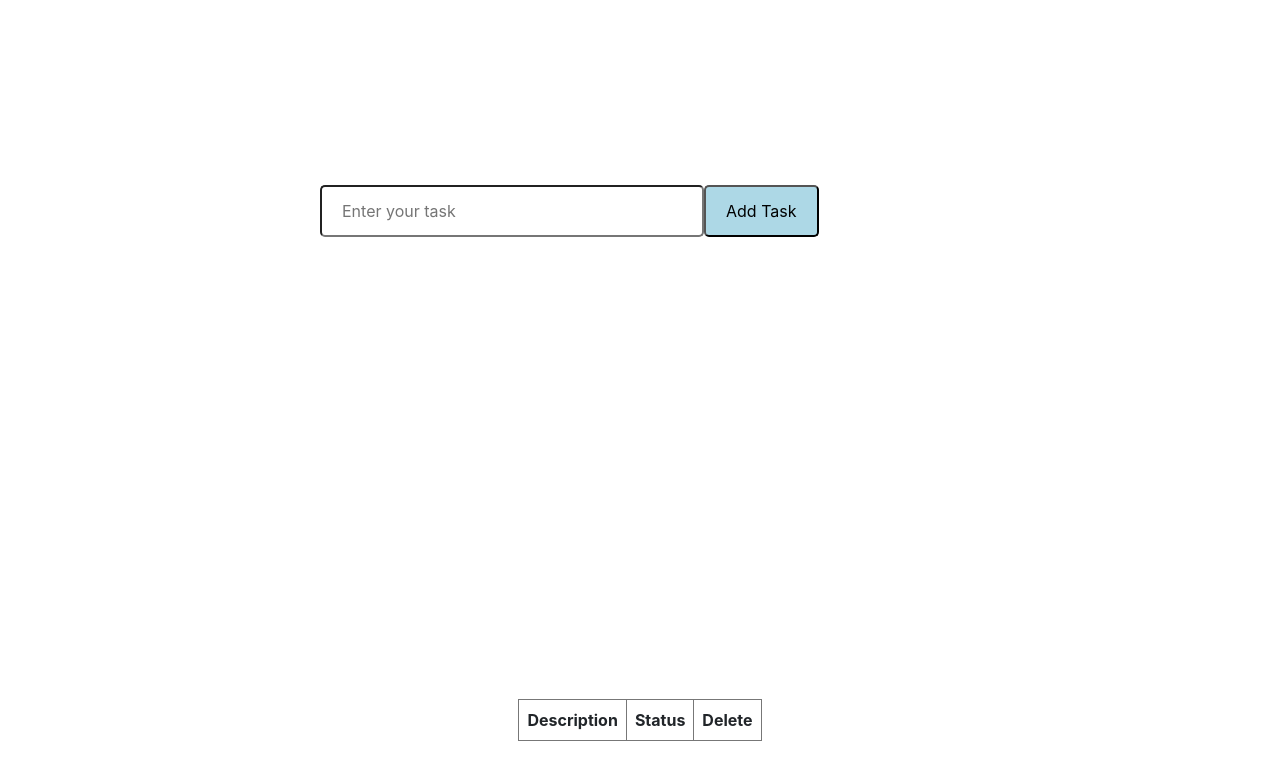
Repository: 12Arc/todoapp
Page: / (app in client/)
These files come from the project's save history. The page is drawn as it stood at one moment and after a run of saves; the edit follows.
The browser window is 1280 px wide. The pictures show the whole page.
The page's requests for data from a server got no answer. Some web libraries are served in a nearby version. The project was rebuilt for these pictures with package versions that can differ from the ones it lists, and the page was loaded fresh each time. No one was signed in, and anything a server would have sent is missing.

Above is the page before, as saved 2024-05-14 00:25:22.

### client/src/App.js
import React, { Fragment } from "react";
import "./App.css";

// Components
import AddTask from './components/Input';
import ListTodo from "./components/List";

function App() {
  return (

      <div className="main-container">

          <AddTask />
          <ListTodo/>



    </div>

  );
}

export default App;

### client/src/App.css
.App {
  text-align: center;
}

.App-logo {
  height: 40vmin;
  pointer-events: none;
}

@media (prefers-reduced-motion: no-preference) {
  .App-logo {
    animation: App-logo-spin infinite 20s linear;
  }
}

.main-container {
  display: flex;
  flex-direction: column;
  align-items: center;
  justify-content: flex-start;
  width: 100vw;
  min-height: 100vh;
  padding: 20px;
}

/* Optional: Adjustments if you prefer side-by-side layout */








.App-header {
  background-color: #282c34;
  min-height: 100vh;
  display: flex;
  flex-direction: column;
  align-items: center;
  justify-content: center;
  font-size: calc(10px + 2vmin);
  color: white;
}

.App-link {
  color: #61dafb;
}

@keyframes App-logo-spin {
  from {
    transform: rotate(0deg);
  }
  to {
    transform: rotate(360deg);
  }
}

### client/src/components/Input.js
import React, {useState} from 'react';
import '../styles.css'; // Import the CSS directly
import axios from 'axios'



const AddTask= ()=>{
    //axios.defaults.baseURL = "http://localhost:8080";
    const[task, setTask] = useState("")
    const handleChange=(e)=>{
        setTask(e.target.value)

    }
    const handleSubmit=async(e)=>{
        e.preventDefault()
        try{
            const response = await axios.post('http://localhost:8080/todolist/add',{task} )
            console.log(response.data)
            setTask("")
            alert("Task added!")


        }catch(error){
            console.log("Error in posting task", error)
        }

    }

    return (

        <div className="box">
            <form className="inputbox" onSubmit={handleSubmit}>
                <input
                    type="text"
                    placeholder="Enter your task"
                    value={task}
                    onChange={handleChange}/>
                <button className="button" type="submit" >Add Task</button>
            </form>

        </div>
    )
}

export default AddTask

### client/src/components/List.js
import React, {useState, Fragment, useEffect} from 'react'
import axios from 'axios'
import '../styles.css';
const ListTodo = ()=>{

    const [List, setList] = useState([])

    const getTodo = async()=>{
        try{
            const response = await axios.get("http://localhost:8080/todolist/",List)
            setList(response.data)
        }catch(err){
            console.error(err.message)
        }
    }
    useEffect(() => {
        getTodo();
      }, []);
    console.log(List)

    return (

        <Fragment>
            <table >
                <thead>
                    <tr>
                    <th>Description</th>
                    <th>Status</th>
            <       th>Delete</th>
                    </tr>
                </thead>
                <tbody>
                {List.map(item=>(
                    <tr key={item._id}>
                        <td>{item.task}</td>
                        <td><button>Complete</button></td>
                        <td><button>Delete</button></td>

                    </tr>
                ))}
             </tbody>
            </table>
        </Fragment>
    )
}

export default ListTodo

### client/src/styles.css

.box {
  display: flex;
  align-items: center; /* Vertically center the content */
  justify-content: center; /* Horizontally center the content */
  height: 100vh; /* Full viewport height */
  width: 100vw; /* Full viewport width */
  flex-direction: column;

}

/* Styles for the input container */
.inputbox {
  width: 50%; /* Adjust based on preference, e.g., 80% of the parent width */
  display: flex;
  margin-bottom: 20%;


}

/* Ensure the input field itself is styled appealingly */
input {
  width: 60%; /* Fill the container */
  padding: 12px 20px; /* Padding for aesthetics */
  font-size: 16px; /* Sufficiently large font size for readability */

  border-radius: 5px; /* Rounded corners */
}

/* Reset default margins and paddings */
body {
  margin: 0;
  padding: 0;
  display: flex;
  justify-content: center;
  align-items: center;
  height: 100vh;
}

.button{
  padding: 12px 20px;
  cursor: pointer;
  border-radius: 5px;
  background-color: lightblue;


}

td,th{
  border: 1px solid #777;
  padding: 0.5rem;
  text-align: center;
}

table{
  border-collapse: collapse;
}

tbody tr:nth-child(odd) {
  background: #eee;
}

Loaded but not shown: client/public/index.html (common file); client/src/index.js (common file); client/src/index.css (common file)

After the next 3 saves:
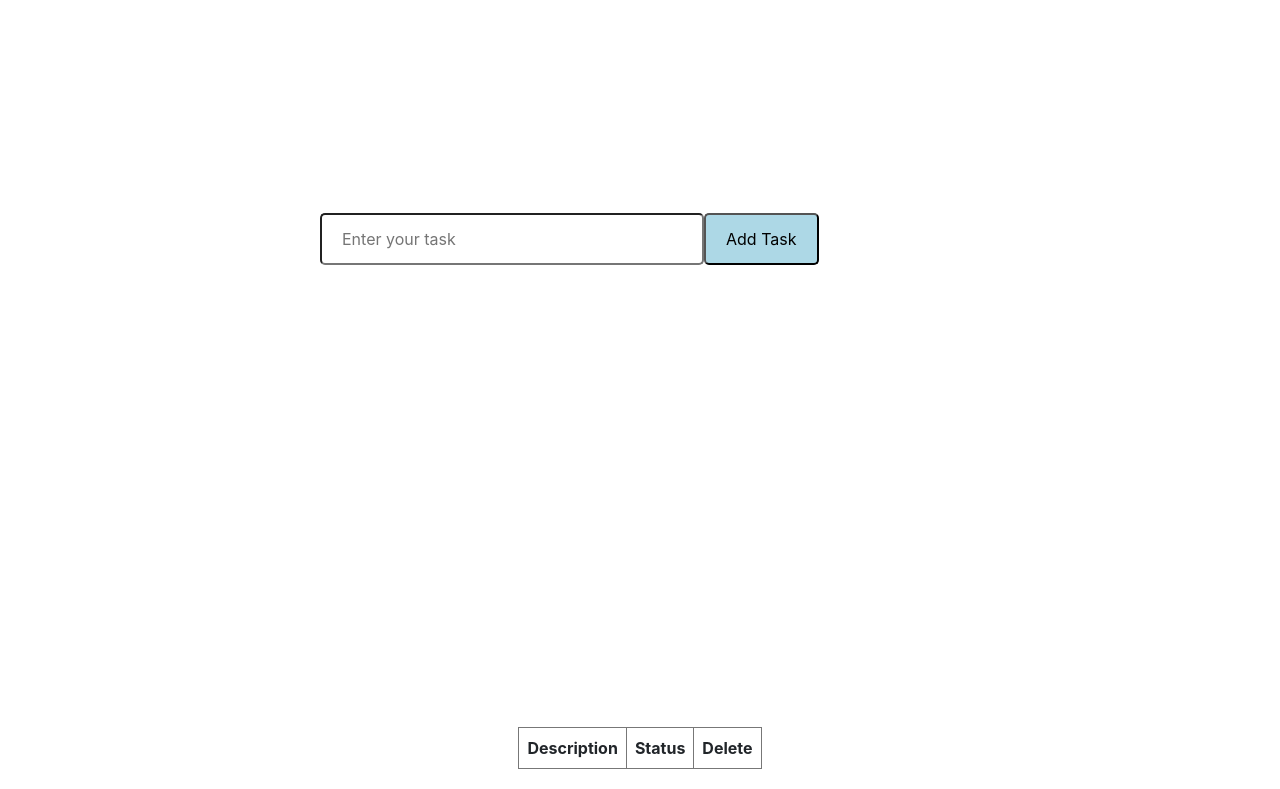
The 3 saves are shown as one change because they came seconds apart.
The last was saved 19 s later.
--- a/client/src/App.js
+++ b/client/src/App.js
@@ -9,7 +9,7 @@ function App() {
   return (
 
       <div className="main-container">
-
+          <h1>Todo App</h1>
           <AddTask />
           <ListTodo/>
 
